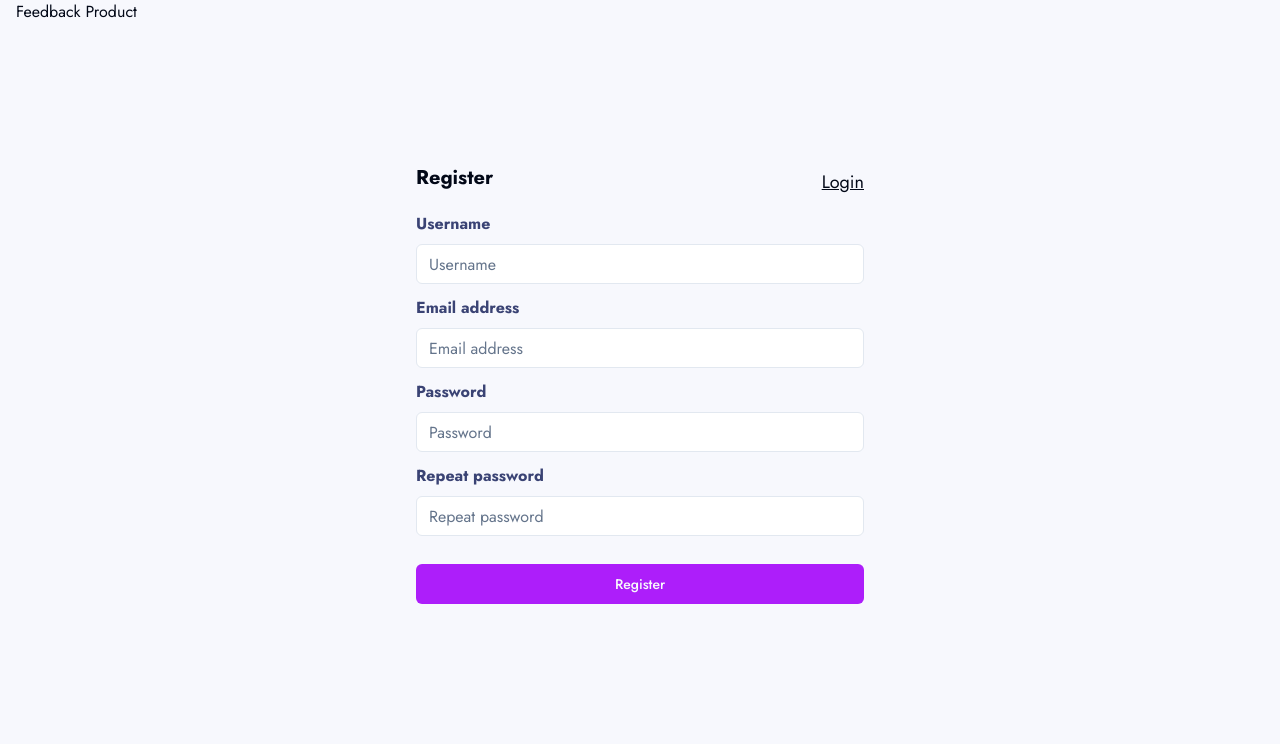
Repository: KornelJanczak/product-feedback-app
Page: /auth
The author's editor kept a copy of each file at every save. The page is drawn from the files as they stood at one save, then again after a run of saves.
The browser window is 1280 px wide. The pictures show the whole page.
The page's requests for data from a server got no answer. The project was rebuilt for these pictures with package versions that can differ from the ones it lists, and the page was loaded fresh each time. The framework's server and built-in components were replaced by stand-ins that run in the browser. No one was signed in, and anything a server would have sent is missing. Also part of the build but not shown: next.config.js, next.config.mjs.

Above is the page before, as saved 2024-01-28 19:45:09.

After the next 2 saves:
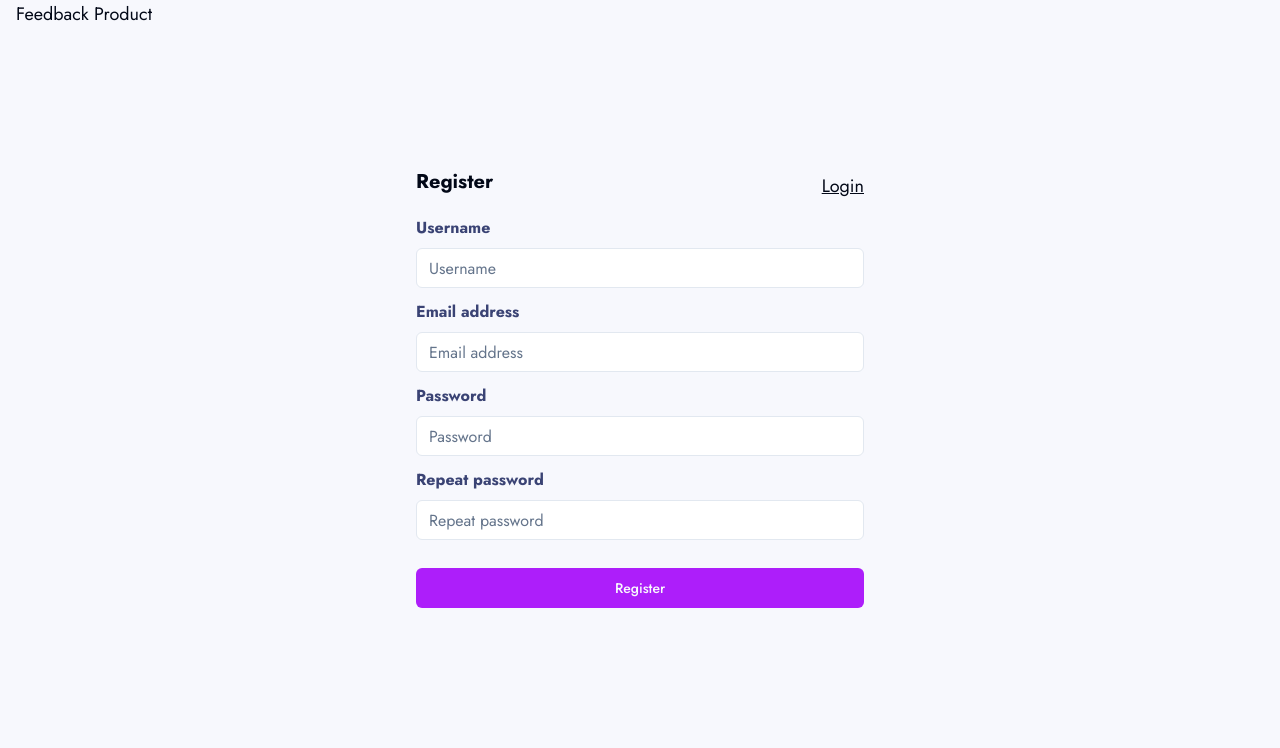
The 2 saves are shown as one change because they came seconds apart.
The last was saved 7 s later.
--- a/app/(auth)/layout.tsx
+++ b/app/(auth)/layout.tsx
@@ -3,7 +3,7 @@ import { ReactNode } from "react";
 export default function Layout({ children }: { children: ReactNode }) {
   return (
     <>
-      <header className="container text-">
+      <header className="container text-lg">
         <h2>Feedback Product</h2>
       </header>
       {children}
